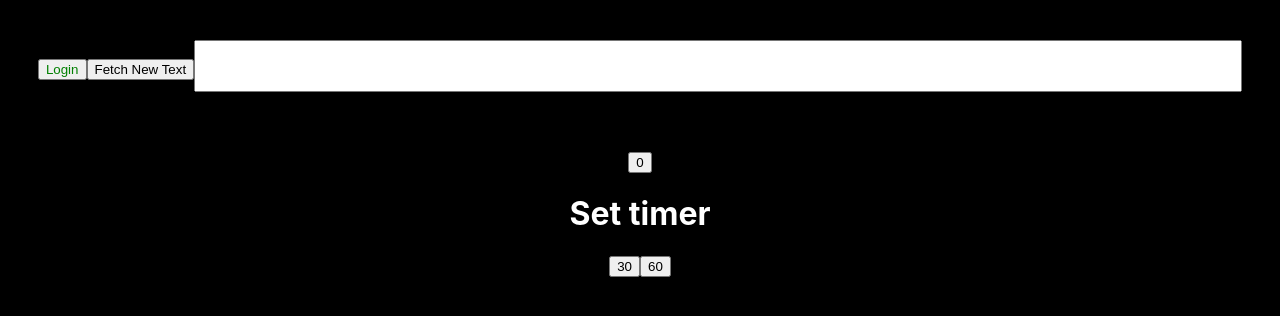
Repository: abhaysharma20233009/swiftKey
Page: / (app in frontend/my-app/)
These files come from the project's save history. The page is drawn as it stood at one moment and after the next save; the edit follows.
The browser window is 1280 px wide. The pictures show the whole page.
The page's requests for data from a server got no answer. The project was rebuilt for these pictures with package versions that can differ from the ones it lists, and the page was loaded fresh each time. No one was signed in, and anything a server would have sent is missing. Also part of the build but not shown: frontend/my-app/src/Results.js, frontend/my-app/src/Login.js.

Above is the page before, as saved 2024-10-10 14:48:00.

After the next save:
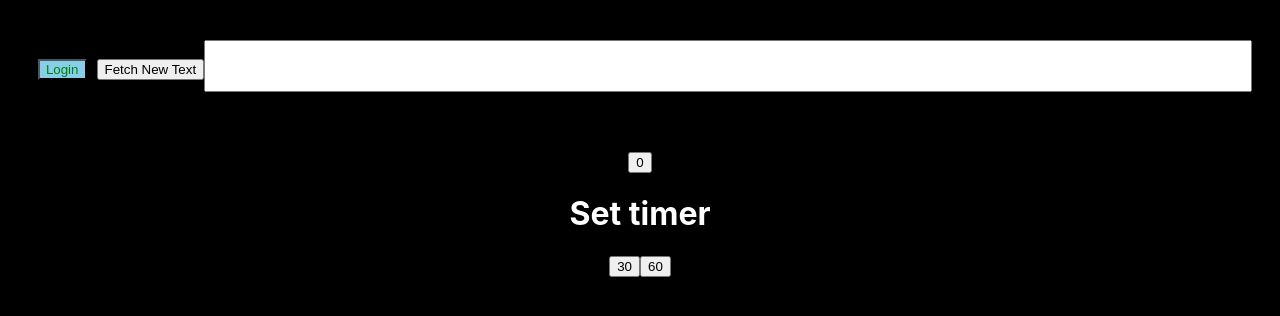
Saved 44 s later.
--- a/frontend/my-app/src/App.css
+++ b/frontend/my-app/src/App.css
@@ -9,4 +9,7 @@ body{
 
 .log{
   color:green;
+  margin-left: 10px;
+  margin-right: 10px;
+  background-color: skyblue;
 }
